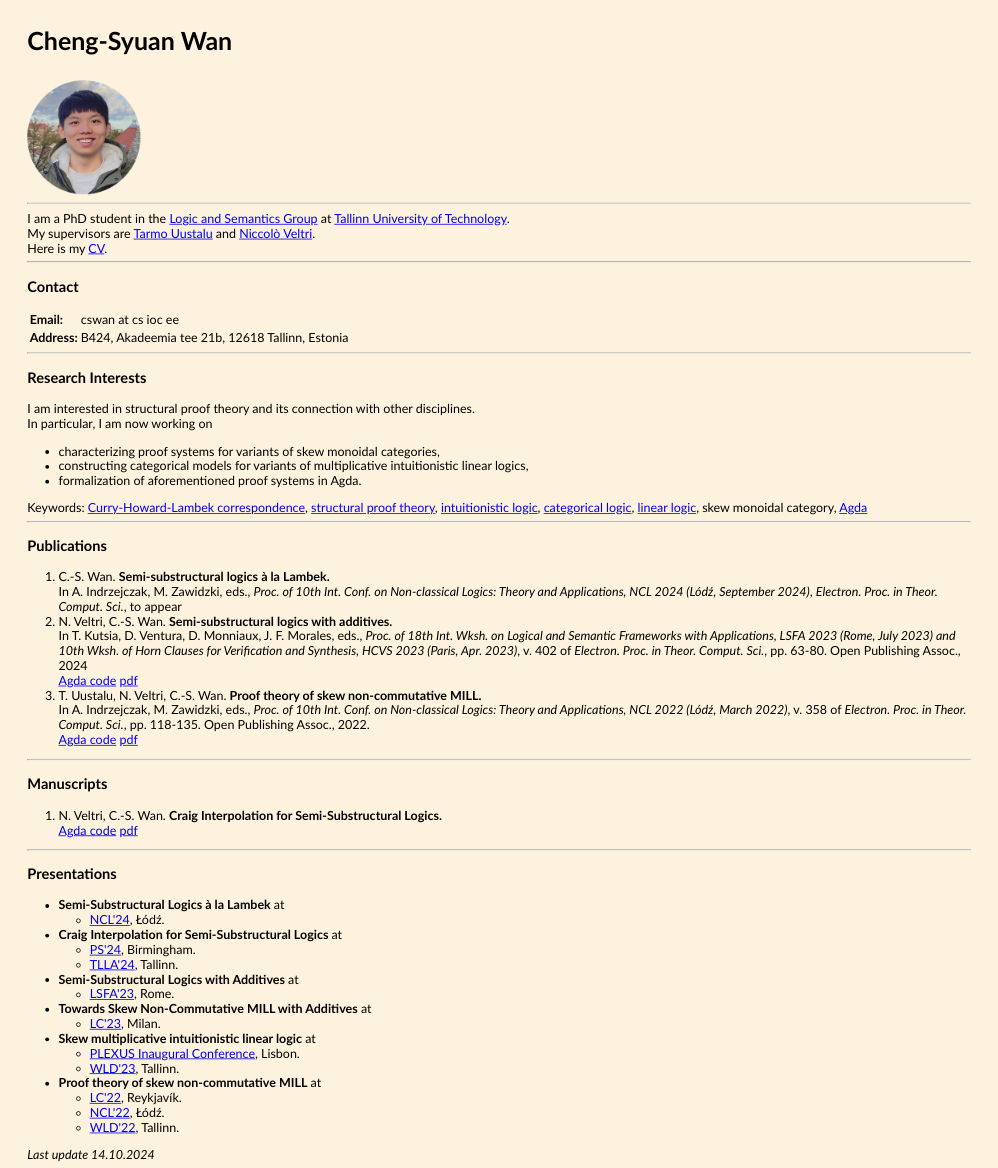
Repository: cswphilo/cswphilo.github.io
Page: index.html
An editor plug-in stored every save of this project. The page is shown before and after the next save, followed by the edit.
The browser window is 1280 px wide. The pictures show the whole page, at 78% of full size.

Above is the page before, as saved 2024-10-14 10:34:47.

After the next save:
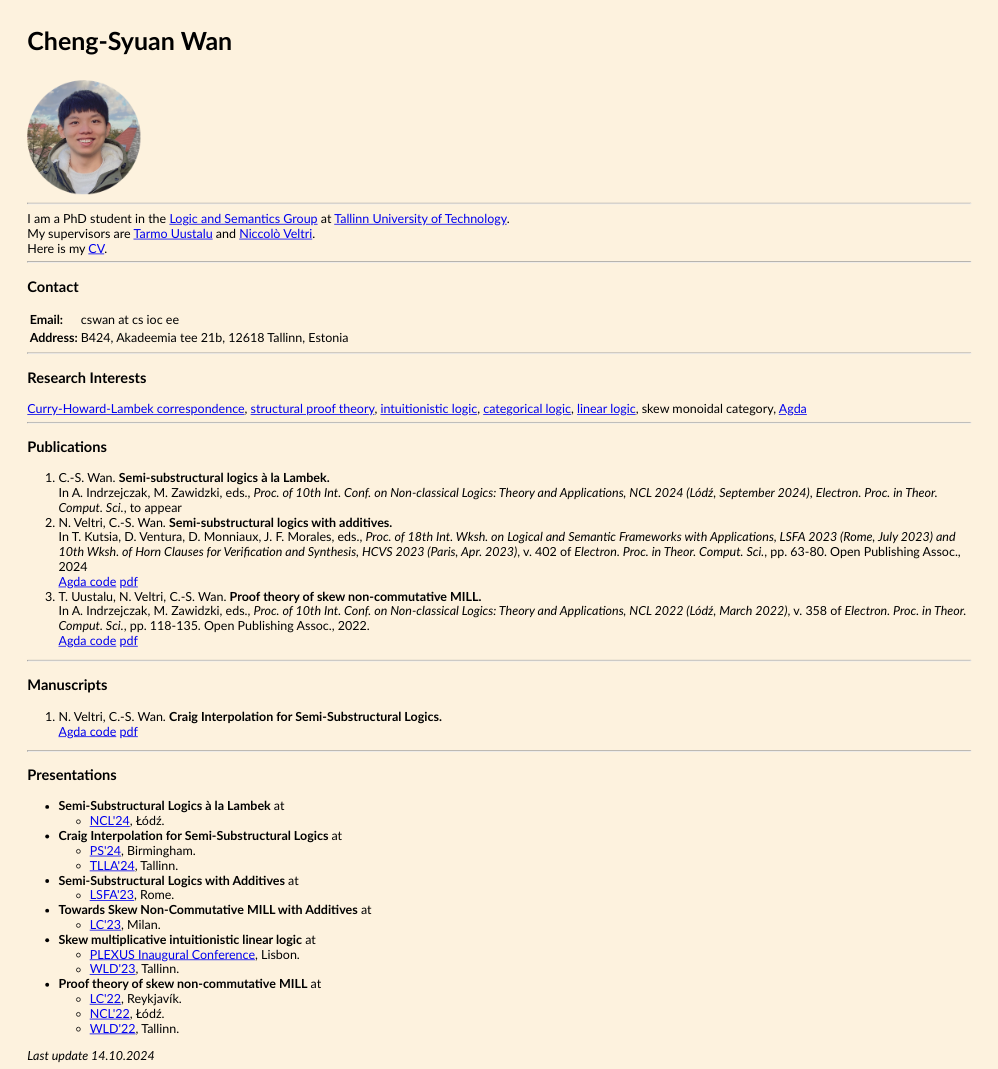
Saved 58 s later.
--- a/index.html
+++ b/index.html
@@ -45,15 +45,16 @@
     <hr/>
     <div>
         <h3>Research Interests</h3>
-        I am interested in structural proof theory and its connection with other disciplines.
+        <!-- I am interested in structural proof theory and its connection with other disciplines.
         <br/>
         In particular, I am now working on
         <ul>
             <li>characterizing proof systems for variants of skew monoidal categories, </li>
             <li>constructing categorical models for variants of multiplicative intuitionistic linear logics, </li>
             <li>formalization of aforementioned proof systems in Agda.</li>
-        </ul>
-Keywords: <a href="https://en.wikipedia.org/wiki/Curry%E2%80%93Howard_correspondence">Curry-Howard-Lambek correspondence</a>, <a href="https://plato.stanford.edu/entries/proof-theory/#NewLogiCalc">structural proof theory</a>, <a href="https://plato.stanford.edu/entries/logic-intuitionistic/">intuitionistic logic</a>, <a href="https://en.wikipedia.org/wiki/Categorical_logic">categorical logic</a>, <a href="https://plato.stanford.edu/entries/logic-linear/">linear logic</a>, skew monoidal category, <a href="https://agda.readthedocs.io/en/v2.6.2.2/getting-started/what-is-agda.html">Agda</a>
+        </ul> -->
+<!-- Keywords:  -->
+<a href="https://en.wikipedia.org/wiki/Curry%E2%80%93Howard_correspondence">Curry-Howard-Lambek correspondence</a>, <a href="https://plato.stanford.edu/entries/proof-theory/#NewLogiCalc">structural proof theory</a>, <a href="https://plato.stanford.edu/entries/logic-intuitionistic/">intuitionistic logic</a>, <a href="https://en.wikipedia.org/wiki/Categorical_logic">categorical logic</a>, <a href="https://plato.stanford.edu/entries/logic-linear/">linear logic</a>, skew monoidal category, <a href="https://agda.readthedocs.io/en/v2.6.2.2/getting-started/what-is-agda.html">Agda</a>
     </div>
     <hr/>
     <div>
